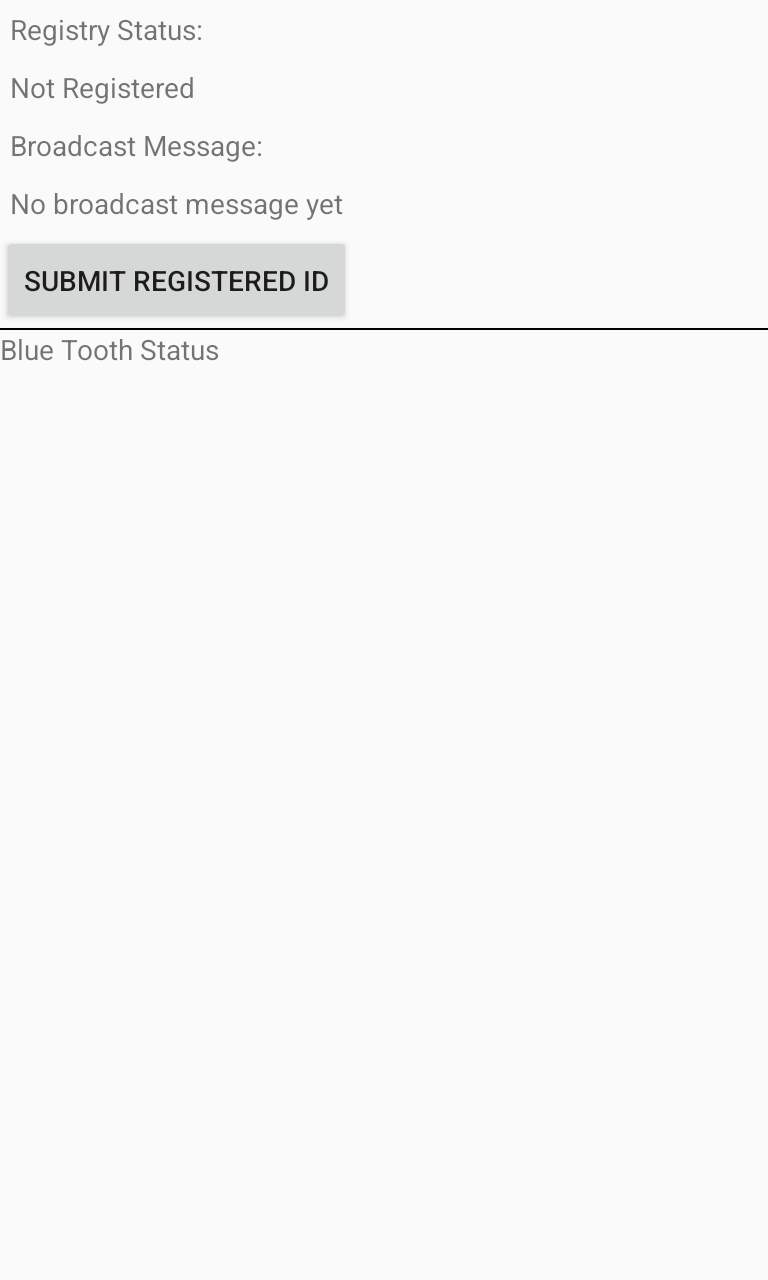
Repository: AlanTai/prjAppIntegration
Layout: prjCandyHouse/res/layout/activity_main.xml
An editor plug-in stored every save of this project. The layout is shown before and after the next save, followed by the edit.
It is drawn on a 768 x 1280 px phone screen (xhdpi) without system bars, with theme AppTheme; the app's code is not run.

Above is the layout before, as saved 2014-11-09 17:34:36.

After the next save:
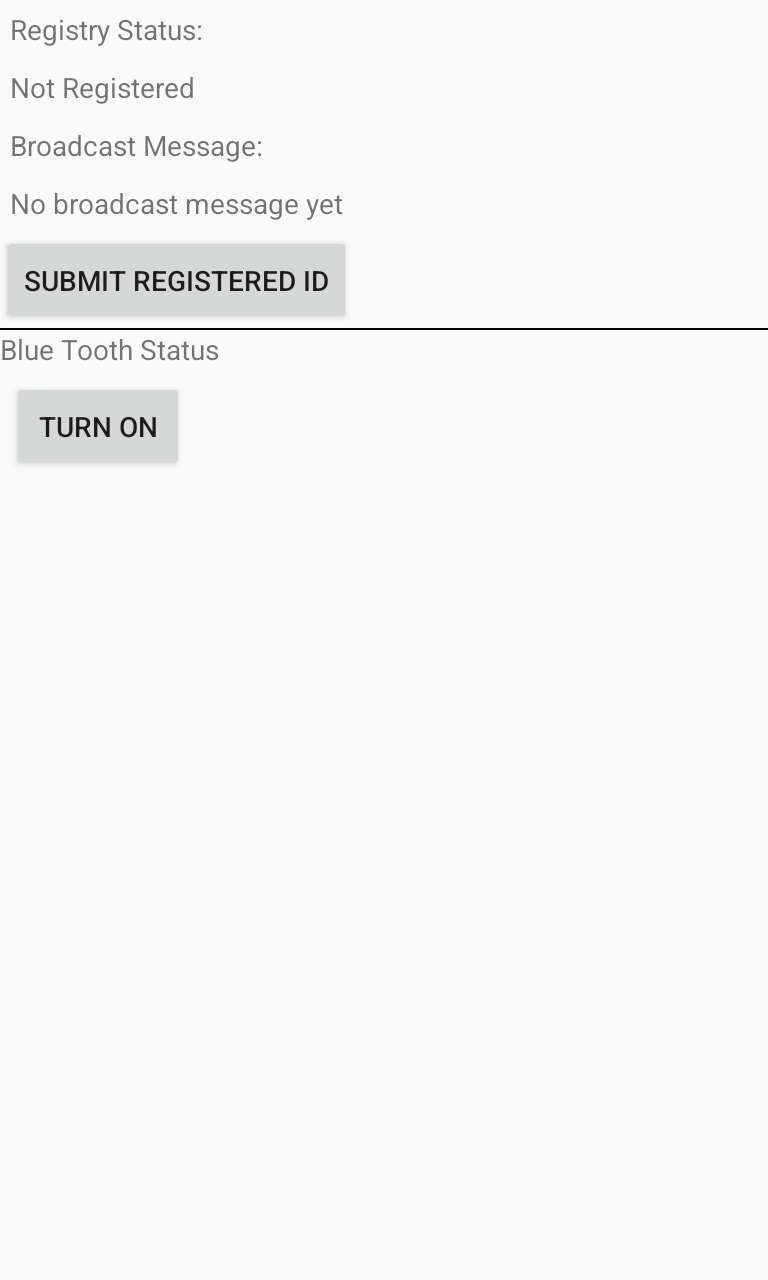
Saved 2 s later.
--- a/prjCandyHouse/res/layout/activity_main.xml
+++ b/prjCandyHouse/res/layout/activity_main.xml
@@ -55,6 +55,14 @@
         android:layout_width="match_parent"
         android:layout_height="wrap_content"
         android:orientation="horizontal"
-        android:padding="5dp"></LinearLayout>
+        android:padding="5dp">
+
+        <Button
+            android:id="@+id/btnTurnOn"
+            android:layout_width="wrap_content"
+            android:layout_height="wrap_content"
+            android:text="@string/btnTurnOn"/>
+
+    </LinearLayout>
 
 </LinearLayout>
